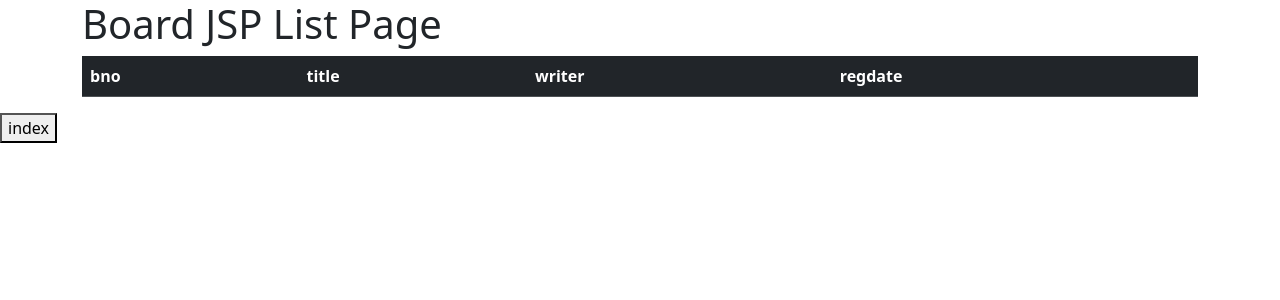
Repository: dlfhrrl12/jsptest
Page: http://localhost/jsp_study2/brd/list
An editor plug-in stored every save of this project. The page is shown before and after the next save, followed by the edit.
The browser window is 1280 px wide. The pictures show the whole page.
The page is served by Tomcat 9. Other server files are loaded and not shown. Queries for data that is not in the repository find no rows.

Above is the page before, as saved 2024-04-16 08:50:03.

### jsp_study2/src/main/webapp/board/list.jsp
<%@ page language="java" contentType="text/html; charset=UTF-8"
    pageEncoding="UTF-8"%>
    <%@ taglib uri="http://java.sun.com/jsp/jstl/core" prefix="c" %>
<!DOCTYPE html>
<html>
<head>
<meta charset="UTF-8">
<title>Insert title here</title>
<link href="https://cdn.jsdelivr.net/npm/bootstrap@5.3.3/dist/css/bootstrap.min.css" rel="stylesheet" integrity="sha384-QWTKZyjpPEjISv5WaRU9OFeRpok6YctnYmDr5pNlyT2bRjXh0JMhjY6hW+ALEwIH" crossorigin="anonymous">
<script src="https://cdn.jsdelivr.net/npm/bootstrap@5.3.3/dist/js/bootstrap.bundle.min.js" integrity="sha384-YvpcrYf0tY3lHB60NNkmXc5s9fDVZLESaAA55NDzOxhy9GkcIdslK1eN7N6jIeHz" crossorigin="anonymous"></script>

</head>
<body>
<div class="container-sm">
	<h1>Board JSP List Page</h1>

	<table class="table table-dark table-hover">
		<tr>
			<th>bno</th>
			<th>title</th>
			<th>writer</th>
			<th>regdate</th>
		</tr>
		<!-- DB에서 가져온 리스트를 c:forEach를 통해 반복 출력 -->
		<c:forEach items="${list }" var="bvo">
		<tr>
			<td>${bvo.bno }</td>
			<td> <a href="/brd/detail?bno=${bvo.bno }"> ${bvo.title }</a></td>
			<td>${bvo.writer }</td>
			<td>${bvo.regdate }</td>
		</tr>
		</c:forEach>

	</table>
	</div>
	<a href="../index.jsp"> <button type="button">index</button> </a>
</body>
</html>

### jsp_study2/src/main/java/controller/BoardController.java
package controller;

import java.io.IOException;
import java.util.List;

import javax.servlet.RequestDispatcher;
import javax.servlet.ServletException;
import javax.servlet.annotation.WebServlet;
import javax.servlet.http.HttpServlet;
import javax.servlet.http.HttpServletRequest;
import javax.servlet.http.HttpServletResponse;

import org.slf4j.Logger;
import org.slf4j.LoggerFactory;

import domain.BoardVO;
import service.BoardService;
import service.BoardServiceImpl;


@WebServlet("/brd/*")
public class BoardController extends HttpServlet {
	private static final long serialVersionUID = 1L;
	private static final Logger log = LoggerFactory.getLogger(BoardController.class);

	private RequestDispatcher rdp;
	private String destPage;
	private int isOk;

	private BoardService bsv;

    public BoardController() {
        bsv = new BoardServiceImpl();
    }


	protected void service(HttpServletRequest request, HttpServletResponse response) throws ServletException, IOException {
		//매개변수 객체의 인코딩 설정
		request.setCharacterEncoding("utf-8"); //요청객체
		response.setCharacterEncoding("utf-8"); //응답객체
		//응답 객체 => 화면을 만들어서 응답 => jsp형식으로
		response.setContentType("text/html; charset=UTF-8"); //응답 객체가 html 객체로 전송

		String uri = request.getRequestURI(); //jsp에서 오는 요청 주소를 받는 객체
//		log.info(uri); // /brd.register

		String path = uri.substring(uri.lastIndexOf("/")+1); //register
		log.info(path);

		switch(path) {
		case "register":
			destPage = "/board/register.jsp";
			break;
		case "insert":
			try {
				String title = request.getParameter("title");
				String writer = request.getParameter("writer");
				String content = request.getParameter("content");

				BoardVO bvo = new BoardVO(title, writer, content);

				int isOk = bsv.inser(bvo);
				log.info("insert"+(isOk>0?"OK":"Fail"));

				destPage = "/index.jsp";
			} catch (Exception e) {
				e.printStackTrace();
			}
			break;

		case "list":
			try {
				List<BoardVO> list = bsv.getList();
				log.info("list >> {}", list);
				request.setAttribute("list", list);
				destPage = "/board/list.jsp";
			} catch (Exception e) {
				e.printStackTrace();
			}
			break;

		case "detail": case "modify":
			try {
				int bno = Integer.parseInt(request.getParameter("bno"));
				BoardVO bvo = bsv.getDetail(bno);
				log.info("list >> {}", bvo);
				request.setAttribute("bvo", bvo);
				destPage = "/board/"+path+".jsp";
			} catch (Exception e) {
				e.printStackTrace();
			}
			break;

		case "update":
			try {
				int bno = Integer.parseInt(request.getParameter("bno"));
				String title = request.getParameter("title");
				String content = request.getParameter("content");

				BoardVO bvo = new BoardVO(bno, title, content);

				int isOk = bsv.update(bvo);

				log.info("update"+(isOk>0?"OK":"Fail"));
				destPage="list"; //내부 list 케이스를 한번 타고 실행
			} catch (Exception e) {
				e.printStackTrace();
			}
			break;

		case "remove":
			try {
				int bno = Integer.parseInt(request.getParameter("bno"));
				int isOk = bsv.delete(bno);
				log.info("update"+(isOk>0?"OK":"Fail"));
				destPage="list";
			} catch (Exception e) {
				e.printStackTrace();
			}
		}

		rdp = request.getRequestDispatcher(destPage);
		rdp.forward(request, response);
	}


	protected void doGet(HttpServletRequest request, HttpServletResponse response) throws ServletException, IOException {
		// TODO Auto-generated method stub
		service(request, response);
	}


	protected void doPost(HttpServletRequest request, HttpServletResponse response) throws ServletException, IOException {
		// TODO Auto-generated method stub
		service(request, response);
	}

}

### jsp_study2/src/main/java/service/BoardServiceImpl.java
package service;

import java.util.List;

import org.slf4j.Logger;
import org.slf4j.LoggerFactory;

import domain.BoardVO;
import repository.BoardDAO;
import repository.BoardDAOImpl;

public class BoardServiceImpl implements BoardService {

	private static final Logger log = LoggerFactory.getLogger(BoardServiceImpl.class);
	private BoardDAO bdao;

	public BoardServiceImpl() {
		bdao = new BoardDAOImpl();
	}

	@Override
	public int inser(BoardVO bvo) {
		log.info("insert Service in!!");
		return bdao.insert(bvo);
	}

	@Override
	public List<BoardVO> getList() {
		log.info("selectList Service in!!");
		return bdao.selectList();
	}

	@Override
	public BoardVO getDetail(int bno) {
		log.info("detail Service in!!");
		return bdao.detail(bno);
	}

	@Override
	public int update(BoardVO bvo) {
		log.info("update Service in!!");
		return bdao.update(bvo);
	}

	@Override
	public int delete(int bno) {
		log.info("delete Service in!!");
		return bdao.delete(bno);
	}


}

### jsp_study2/src/main/java/repository/BoardDAO.java
package repository;

import java.util.List;

import domain.BoardVO;

public interface BoardDAO {

	int insert(BoardVO bvo);

	List<BoardVO> selectList();

	BoardVO detail(int bno);

	int update(BoardVO bvo);

	int delete(int bno);

}

### jsp_study2/src/main/java/repository/BoardDAOImpl.java
package repository;

import java.util.List;

import org.apache.ibatis.session.SqlSession;
import org.slf4j.Logger;
import org.slf4j.LoggerFactory;

import domain.BoardVO;
import orm.DatabaseBuilder;



public class BoardDAOImpl implements BoardDAO {
	private static final Logger log = LoggerFactory.getLogger(BoardDAOImpl.class);

	private SqlSession sql;

	public BoardDAOImpl() {
		new DatabaseBuilder();
		sql = DatabaseBuilder.getFactory().openSession();
	}

	@Override
	public int insert(BoardVO bvo) {
		log.info("insert dao in!!");
		int isOk = sql.insert("BoardMapper.add", bvo);
		if(isOk>0) {
			sql.commit();
		}
		return isOk;
	}

	@Override
	public List<BoardVO> selectList() {
		log.info("selectList dao in!!");
		return sql.selectList("BoardMapper.list");
	}

	@Override
	public BoardVO detail(int bno) {
		log.info("detail dao in!!");
		return sql.selectOne("BoardMapper.detail", bno);
	}

	@Override
	public int update(BoardVO bvo) {
		log.info("update dao in!!");
		int isOk = sql.update("BoardMapper.update",bvo);
		if(isOk>0) { sql.commit(); }
		return isOk;
	}

	@Override
	public int delete(int bno) {
		log.info("delete dao in!!");
		int isOk = sql.delete("BoardMapper.del",bno);
		if(isOk>0) {sql.commit();}
		return isOk;
	}
}

### jsp_study2/src/main/java/orm/DatabaseBuilder.java
package orm;

import org.apache.ibatis.io.Resources;
import org.apache.ibatis.session.SqlSessionFactory;
import org.apache.ibatis.session.SqlSessionFactoryBuilder;

public class DatabaseBuilder {
	private static SqlSessionFactory factory;
	private static final String CONFIG="orm/mybatisConfig.xml";

	static {
		try {
			factory = new SqlSessionFactoryBuilder().build(
					Resources.getResourceAsReader(CONFIG));
		} catch (Exception e) {
			e.printStackTrace();
		}
	}

	public static SqlSessionFactory getFactory() {
		return factory;
	}
}

### jsp_study2/src/main/java/domain/BoardVO.java
package domain;

public class BoardVO {
	private int bno;
	private String title;
	private String writer;
	private String content;
	private String regdate;
	private String moddate;

	public BoardVO() {}

	//insert : title, writer, content
	public BoardVO(String title, String writer, String content) {
		this.title=title;
		this.writer=writer;
		this.content=content;
	}

	//list : bno, title, writer, regdate
	public BoardVO(int bno, String title, String writer,String regdate) {
		this.bno=bno;
		this.title=title;
		this.writer=writer;
		this.regdate=regdate;
	}

	//update : bno, title, content
	public BoardVO(int bno, String title, String content) {
		this.bno=bno;
		this.title=title;
		this.content=content;
	}

	//detail : all
	public BoardVO(int bno, String title, String writer, String content, String regdate, String moddate ) {
		this.bno=bno;
		this.title=title;
		this.writer=writer;
		this.content=content;
		this.regdate=regdate;
		this.moddate=moddate;
	}

	public int getBno() {
		return bno;
	}

	public void setBno(int bno) {
		this.bno = bno;
	}

	public String getTitle() {
		return title;
	}

	public void setTitle(String title) {
		this.title = title;
	}

	public String getWriter() {
		return writer;
	}

	public void setWriter(String writer) {
		this.writer = writer;
	}

	public String getContent() {
		return content;
	}

	public void setContent(String content) {
		this.content = content;
	}

	public String getRegdate() {
		return regdate;
	}

	public void setRegdate(String regdate) {
		this.regdate = regdate;
	}

	public String getModdate() {
		return moddate;
	}

	public void setModdate(String moddate) {
		this.moddate = moddate;
	}

	@Override
	public String toString() {
		return "BoardVO [bno=" + bno + ", title=" + title + ", writer=" + writer + ", content=" + content + ", regdate="
				+ regdate + ", moddate=" + moddate + "]";
	}



}

After the next save:
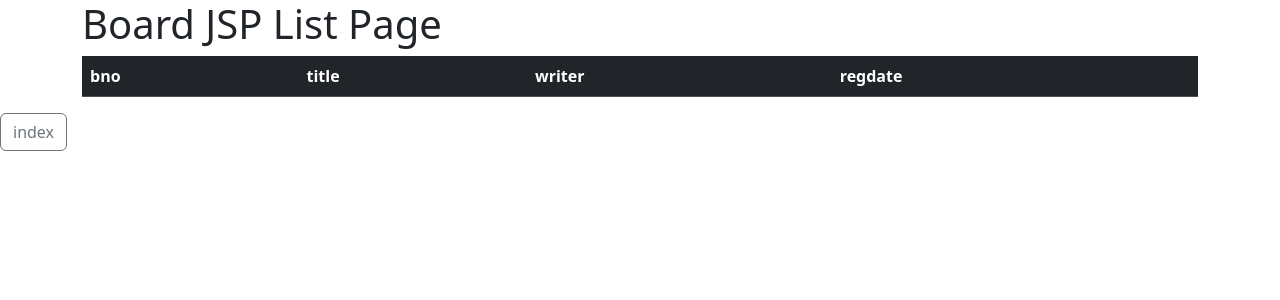
Saved 6 s later.
--- a/jsp_study2/src/main/webapp/board/list.jsp
+++ b/jsp_study2/src/main/webapp/board/list.jsp
@@ -33,6 +33,6 @@
 
 	</table>
 	</div>
-	<a href="../index.jsp"> <button type="button">index</button> </a>
+	<a href="../index.jsp"> <button type="button" class="btn btn-outline-secondary">index</button> </a>
 </body>
 </html>
